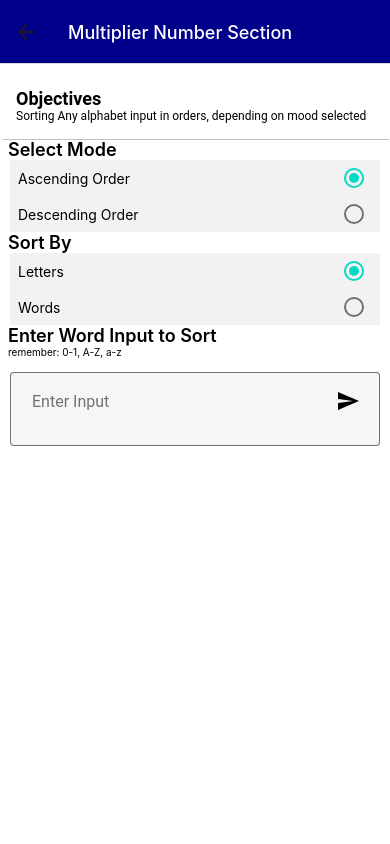
Repository: seyicoded/rn-crazy-algorithm-app
Screen: /Multiplier_number
These files come from the project's save history. The screen is drawn as it stood at one moment and after the next save; the edit follows.
The app was drawn by React Native's web renderer in a window 390 px wide. The project was rebuilt for these pictures with package versions that can differ from the ones it lists, and the page was loaded fresh each time. Also part of the build but not shown: src/screens/sort.js, src/screens/filter.js, src/screens/advance.js, src/screens/sorts/Sort_simple_number.js, src/screens/sorts/Sort_alphabet.js, src/screens/filters/Filter_simple_number.js, src/screens/advance/Advance_number.js.

Above is the screen before, as saved 2022-03-30 23:02:50.

After the next save:
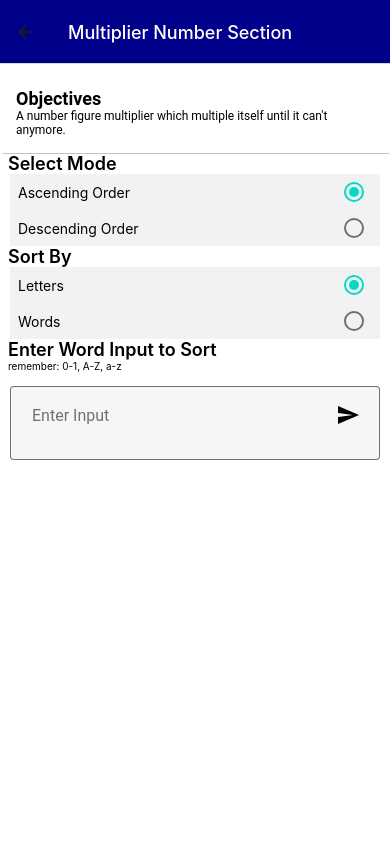
Saved 31 s later.
--- a/src/screens/advance/Multiplier_number.js
+++ b/src/screens/advance/Multiplier_number.js
@@ -83,7 +83,7 @@ export default function Multiplier_number() {
                     <View>
                         <Text style={{fontWeight: '600', fontSize: 18}}>Objectives</Text>
                         <Text />
-                        <Text style={{fontSize: 12}}>Sorting Any alphabet input in orders, depending on mood selected</Text>
+                        <Text style={{fontSize: 12}}>A number figure multiplier which multiple itself until it can't anymore.</Text>
                     </View>
             </Banner>
 
